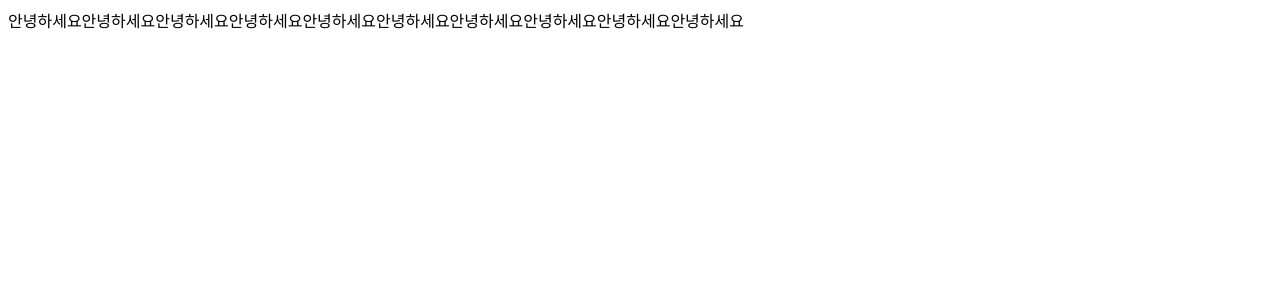
Repository: reddrinkbro/JSPStudy
Page: javascript/WebContent/3제어문/while_1.html
An editor plug-in stored every save of this project. The page is shown before and after the next save, followed by the edit.
The browser window is 1280 px wide. The pictures show the whole page.

Above is the page before, as saved 2020-04-01 08:42:22.

### javascript/WebContent/3제어문/while_1.html
<!DOCTYPE html>
<html>
<head>
<meta charset="EUC-KR">
<title>Insert title here</title>
</head>
<body>
	<script type="text/javascript">
		var i = 1;

		while (i <= 10) {
			i++;
			document.write("안녕하세요");
		}
		/* while(조건식){
			조건식에 만족하면 반복할 실행문과, 증감식 작성
		} */

	</script>
</body>
</html>

After the next save:
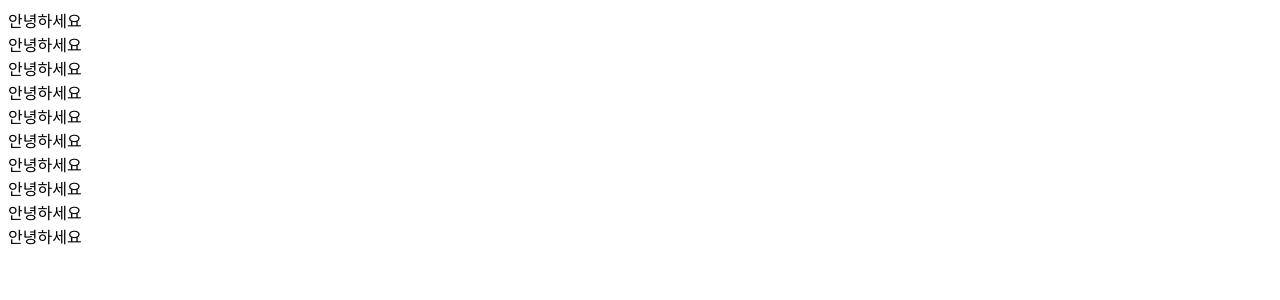
Saved 11 s later.
--- a/javascript/WebContent/3제어문/while_1.html
+++ b/javascript/WebContent/3제어문/while_1.html
@@ -10,7 +10,7 @@
 
 		while (i <= 10) {
 			i++;
-			document.write("안녕하세요");
+			document.write("안녕하세요" + "<br>");
 		}
 		/* while(조건식){
 			조건식에 만족하면 반복할 실행문과, 증감식 작성
